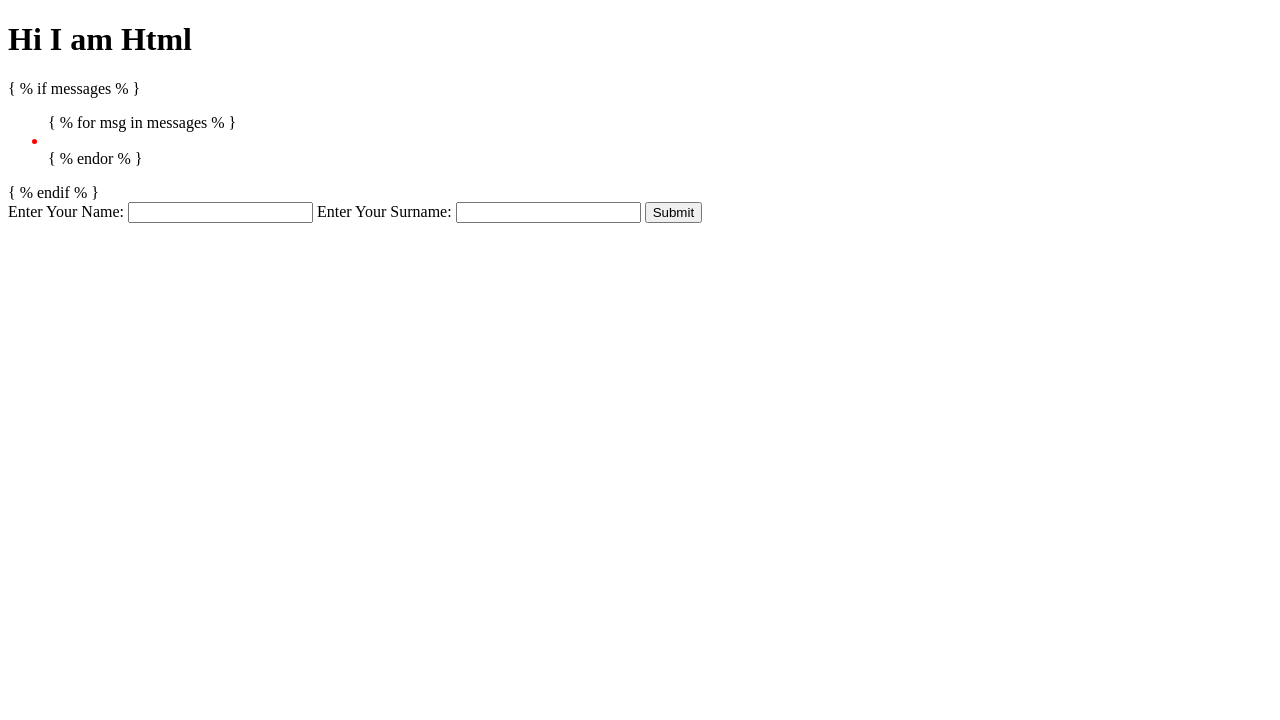
Repository: AlexandruMoloman/FormValidate-05Nov2024-
Page: templates/home.html
The author's editor kept a copy of each file at every save. The page is drawn from the files as they stood at one save, then again after the next save.
The browser window is 1280 px wide. The pictures show the whole page.
The page is served by the project's application, run on Flask 3 (app.py). The template is opened directly, without the code that normally fills it, so the values that code supplies are empty.

Above is the page before, as saved 2024-10-22 14:57:28.

### templates/home.html
<!DOCTYPE html>
<html lang="en">
  <head>
    <meta charset="UTF-8" />
    <meta name="viewport" content="width=device-width, initial-scale=1.0" />
    <title>Document</title>
    <link rel="stylesheet" href="{{url_for('static/css', filename='style.css')}}" />
  </head>
  <body>
    <h1>Hi I am Html</h1>
    <p>{{ message }}</p>

    {% with messages = get_flashed_messages() %} { % if messages % }
    <ul>
      { % for msg in messages % }
      <li style="color: red">{{msg}}</li>
      { % endor % }
    </ul>

    { % endif % } {% endwith %}

    <form action="/greet" method="POST">
      <label for="name">Enter Your Name: </label>
      <input type="text" id="name" name="name" required />
      <label for="surname">Enter Your Surname: </label>
      <input type="text" id="surname" name="surname" required />
      <button type="submit" value="submit">Submit</button>
    </form>
  </body>
</html>

### app.py
from flask import Flask, render_template,request,redirect,url_for,flash
from flask_sqlalchemy import SQLAlchemy
import re

app=Flask(__name__)
app.config['SQLALCHEMY_DATABASE_URI'] = 'sqlite:///users.db'
app.config['SQLALCHEMY_TRACK_MODIFICATIONS'] = False
db = SQLAlchemy(app)
app.secret_key='supersecretkey'


# Модель пользователя
class User(db.Model):
    id = db.Column(db.Integer, primary_key=True)
    name = db.Column(db.String(100), nullable=False)
    surname = db.Column(db.String(100), nullable=False)

    def __repr__(self):
        return f'<User {self.name}>'

# First Route
@app.route('/')
def home():
    message="This Text From app.py"
    return render_template('home.html', message=message)

#Third Route ('/greet/<name>')
@app.route('/greet/<name>')
def greet_name(name):
    return render_template('greet.html', name=name)

#Second Route
@app.route('/greet', methods=['POST'])
def greet():
    name=request.form['name']
    surname=request.form['surname']

#Check validations Name
    if name or not re.match('^[A-Zaa-z]+$', name):
        flash("Name is not Valid (Leters Only)")
        return redirect(url_for('home'))

#Check validations SurName
    if surname or re.match('^[A-Za-z]+$', surname):
        flash("Surname is not valid (Letters Only)")
        return redirect(url_for('home'))

        #Add user in db
        new_user = User(name=name, surname=surname)
        db.session.add(new_user)
        db.session.commit()

    return redirect('greet_name', name=name)

with app.app_context():
        db.create_all()


if __name__== '__main__':
    app.run(debug=True, host='127.0.0.1', port=8080)

### static/css/style.css
body {
  font-family: Arial, 'Helvetica Neue', Helvetica, sans-serif;
  background: linear-gradient(to right, black, darkred);
  justify-content: center;
}

h1 {
  font-size: 5rem;
  color: white;
}

form {
  margin-top: 5rem;
  border: none;
}

input,
button {
  padding: 10px;
  margin-top: 10px;
}

button {
  background-color: black;
  color: white;
  border: none;
  cursor: pointer;
}

button:hover {
  background-color: white;
  color: black;
}

ul {
  color: red;
  list-style-type: none;
}

After the next save:
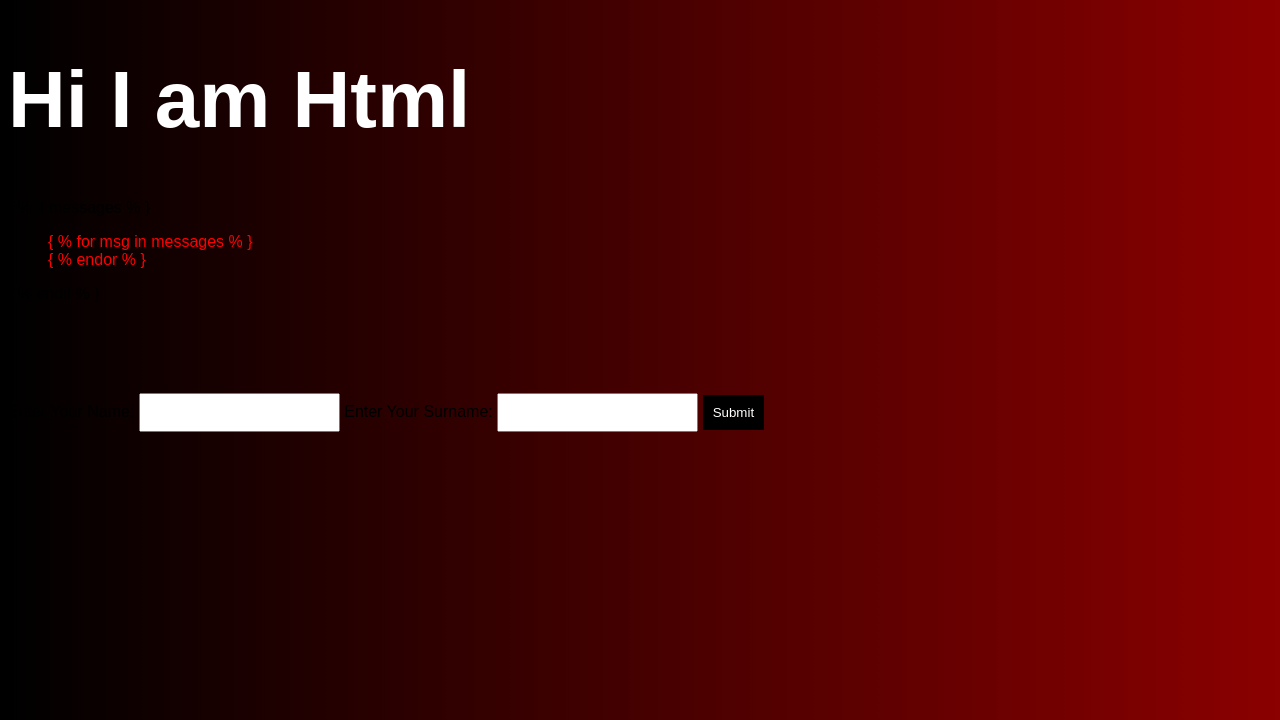
Saved 61 s later.
--- a/templates/home.html
+++ b/templates/home.html
@@ -4,7 +4,7 @@
     <meta charset="UTF-8" />
     <meta name="viewport" content="width=device-width, initial-scale=1.0" />
     <title>Document</title>
-    <link rel="stylesheet" href="{{url_for('static/css', filename='style.css')}}" />
+    <link rel="stylesheet" href="{{url_for('static', filename='style.css')}}" />
   </head>
   <body>
     <h1>Hi I am Html</h1>
